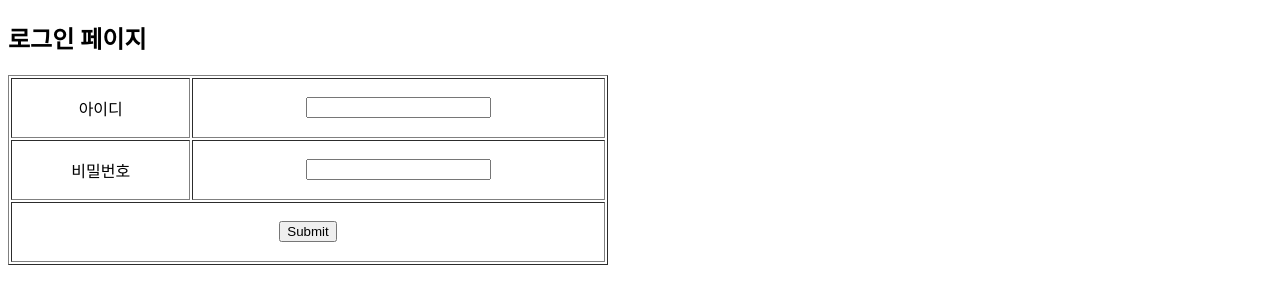
Repository: tldnwkd/jspclass2026
Page: http://localhost/chapter01/Request/RequestLogin.jsp
These files come from the project's save history. The page is drawn as it stood at one moment and after the next save; the edit follows.
The browser window is 1280 px wide. The pictures show the whole page.
The page is served by Tomcat 9.

Above is the page before, as saved 2026-10-19 05:50:03.

After the next save:
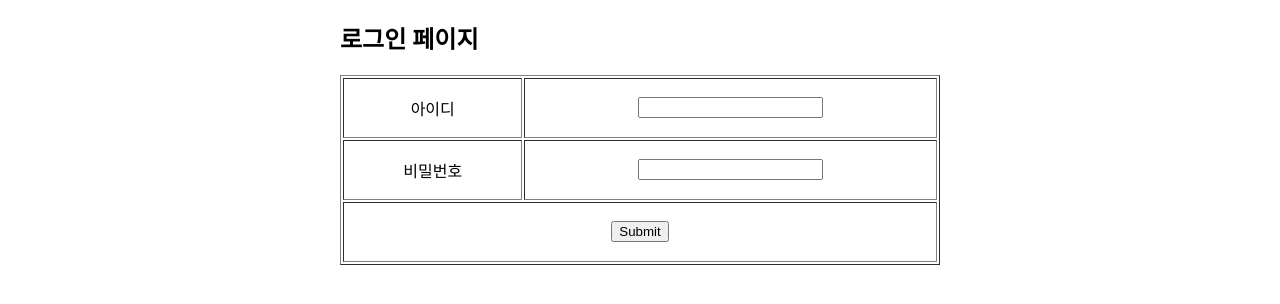
Saved 69 s later.
--- a/chapter01/src/main/webapp/Request/RequestLogin.jsp
+++ b/chapter01/src/main/webapp/Request/RequestLogin.jsp
@@ -5,6 +5,12 @@
 <head>
 <meta charset="UTF-8">
 <title>Request 로그인</title>
+<style type="text/css">
+	.container{
+		width: 600px;
+		margin: 20px auto;
+	}
+</style>
 </head>
 <body>
 	<div class="container">
